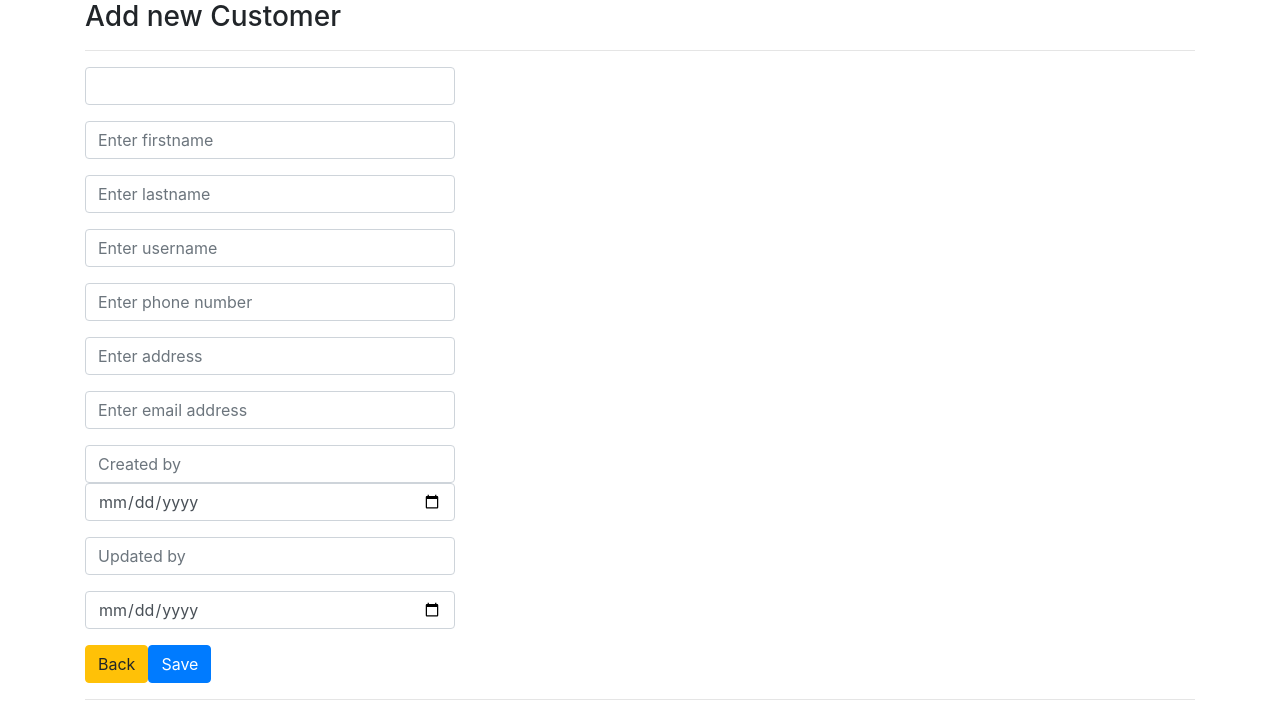
Repository: messimacky/Movie-Rental-System-Front-End
Page: /add-customer
The author's editor kept a copy of each file at every save. The page is drawn from the files as they stood at one save, then again after the next save.
The browser window is 1280 px wide. The pictures show the whole page.
The project was rebuilt for these pictures with package versions that can differ from the ones it lists, and the page was loaded fresh each time. Also part of the build but not shown: src/services/movie.service.js, src/components/AddMovie.js, src/components/MoviesList.js, src/components/NotFound.js, src/components/login/Login.js, src/components/CustomerList.js, src/services/rental.service.js, src/components/RentalsList.js and 5 more.

Above is the page before, as saved 2022-05-06 20:13:50.

After the next save:
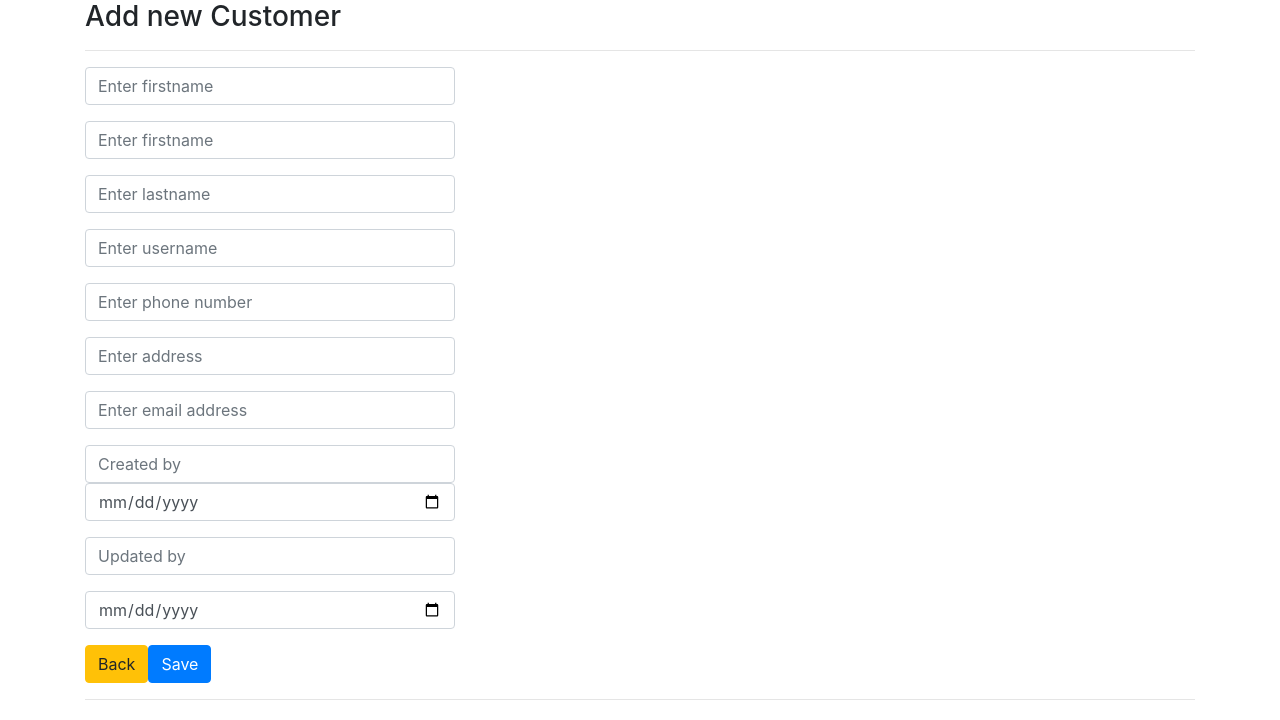
Saved 9 s later.
--- a/src/components/AddCustomer.js
+++ b/src/components/AddCustomer.js
@@ -97,7 +97,7 @@ const AddCustomer = () => {
                         id="id"
                         value={id}
                         onChange={(e) => setId(e.target.value)}
-                    // placeholder="Enter firstname"
+                        placeholder="Enter firstname"
                     />
                 </div>
 
